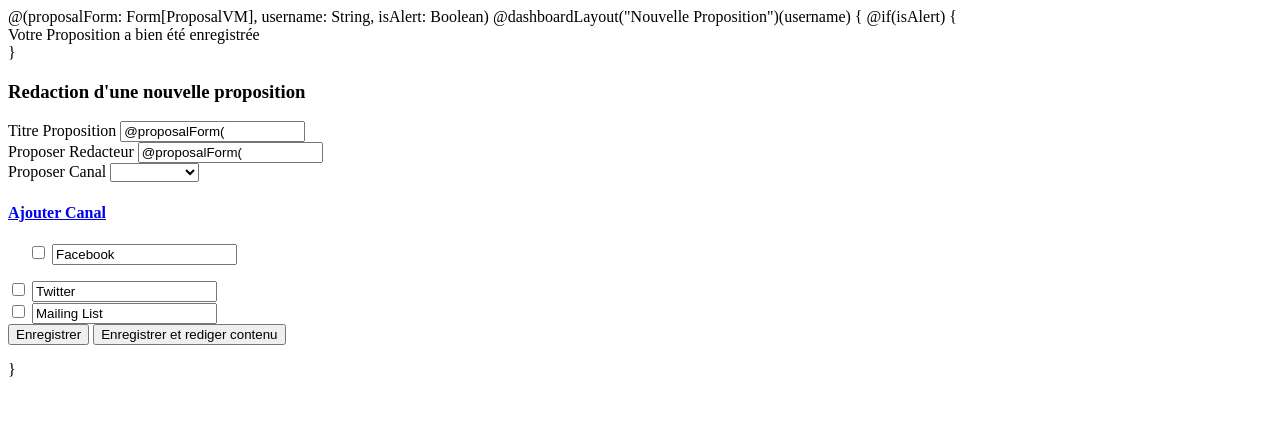
Repository: spirale-software/labo_master
Page: Application/oneDotCom/app/views/proposalForm.scala.html
The author's editor kept a copy of each file at every save. The page is drawn from the files as they stood at one save, then again after the next save.
The browser window is 1280 px wide. The pictures show the whole page.

Above is the page before, as saved 2017-03-31 20:47:01.

After the next save:
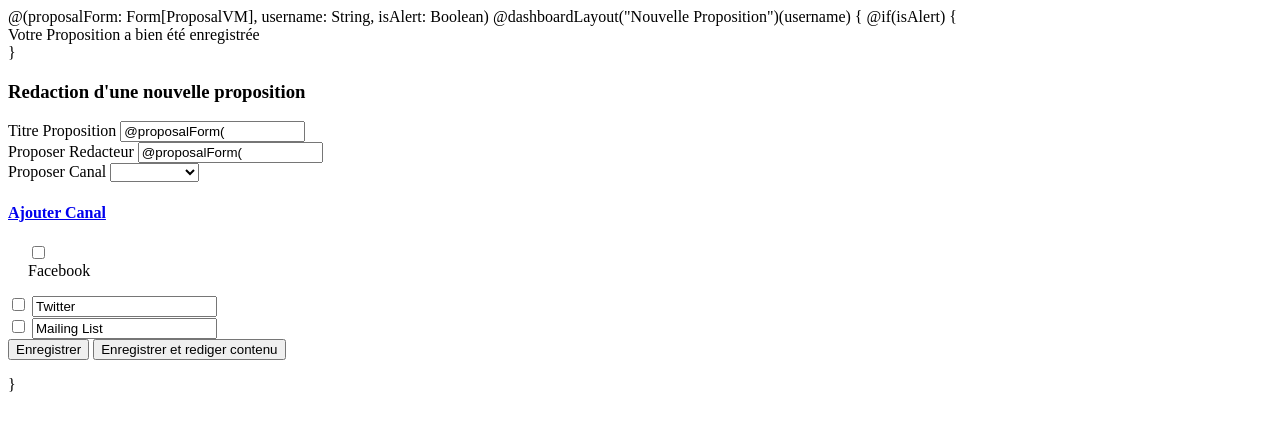
Saved 2 min 24 s later.
--- a/Application/oneDotCom/app/views/proposalForm.scala.html
+++ b/Application/oneDotCom/app/views/proposalForm.scala.html
@@ -57,7 +57,7 @@
 							      <span class="input-group-addon">
 							        <input type="checkbox" aria-label="...">
 							      </span>
-							      <input type="text" class="form-control disabled" aria-label="..." value="Facebook">
+							      <div class=" form-control well well-sm">Facebook</div>
 							    </div><!-- /input-group -->
 
 							    <div class="input-group">
